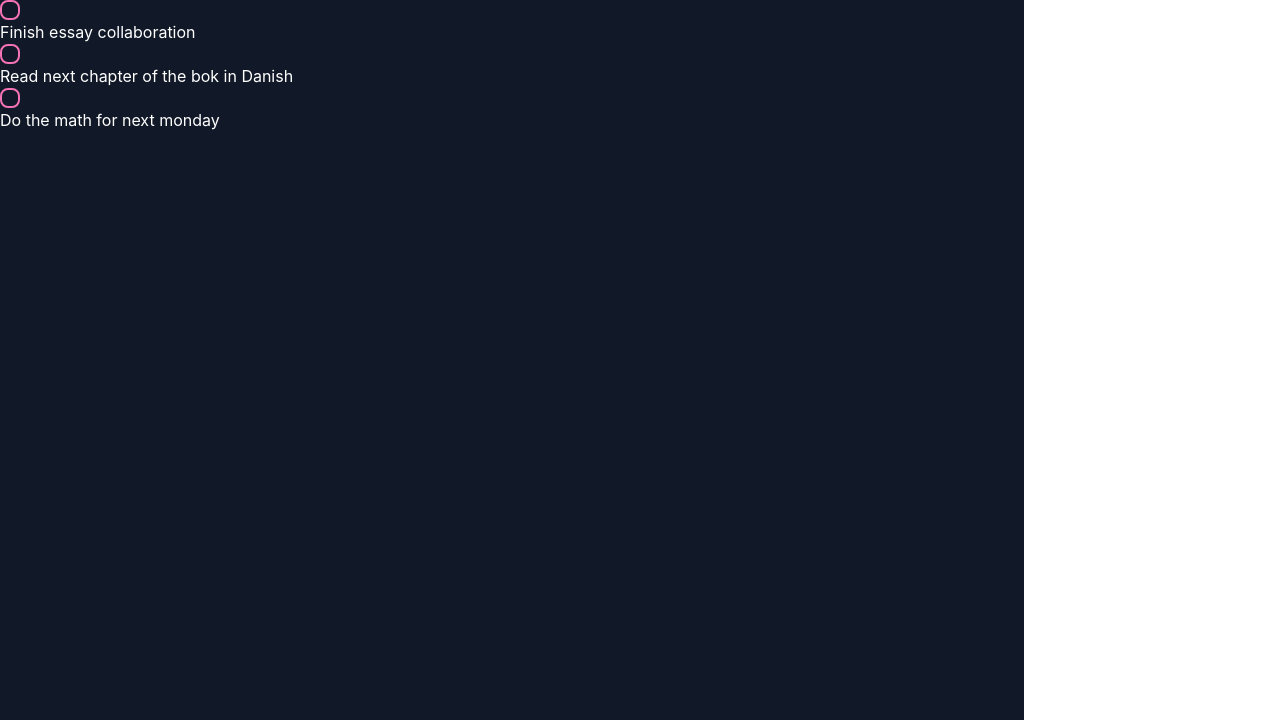
Repository: VachArt/react-exam-work
Page: /
The author's editor kept a copy of each file at every save. The page is drawn from the files as they stood at one save, then again after the next save.
The browser window is 1280 px wide. The pictures show the whole page.
The project was rebuilt for these pictures with package versions that can differ from the ones it lists, and the page was loaded fresh each time.

Above is the page before, as saved 2022-04-27 14:46:36.

After the next save:
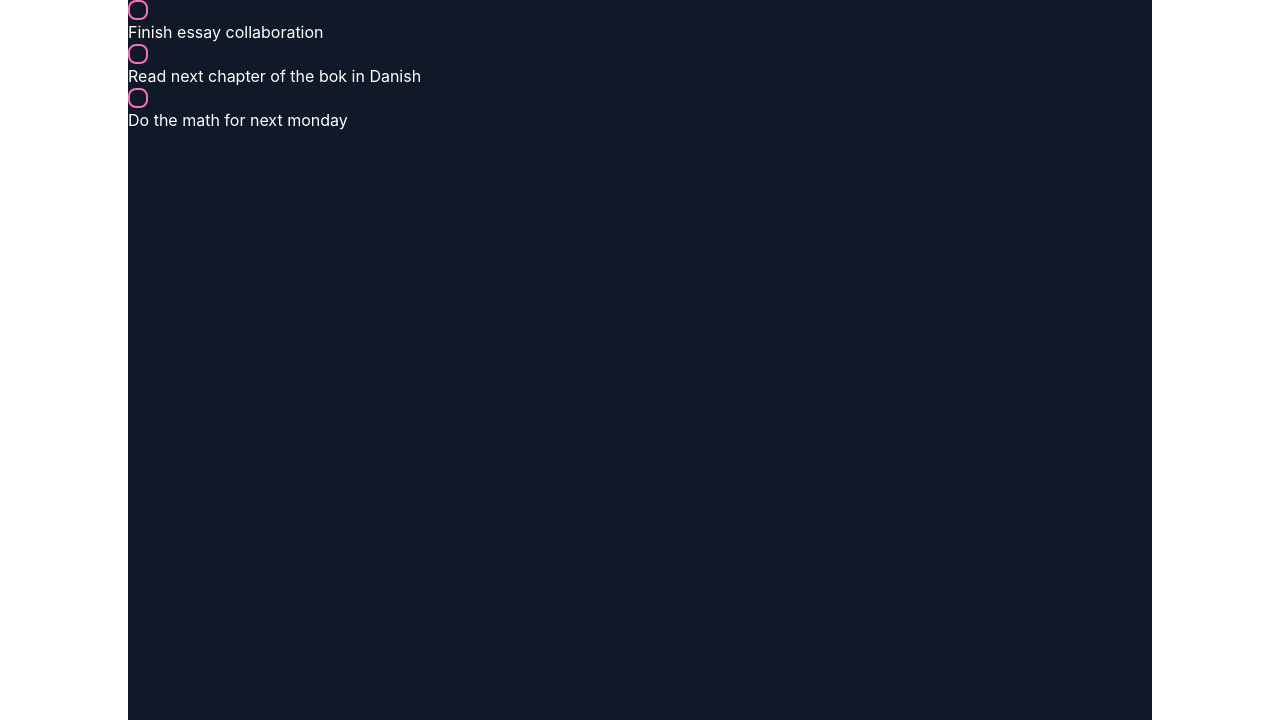
Saved 20 s later.
--- a/src/components/pages/Home/Home.jsx
+++ b/src/components/pages/Home/Home.jsx
@@ -21,7 +21,7 @@ const todos = [
 
 const Home = () => {
     return (
-        <div className='bg-gray-900 h-screen text-white w-4/5'>
+        <div className='bg-gray-900 h-screen text-white w-4/5 mx-auto'>
             {todos.map(todo => (
                 <TodoItem key={todo._id} todo={todo} />
             ))}
